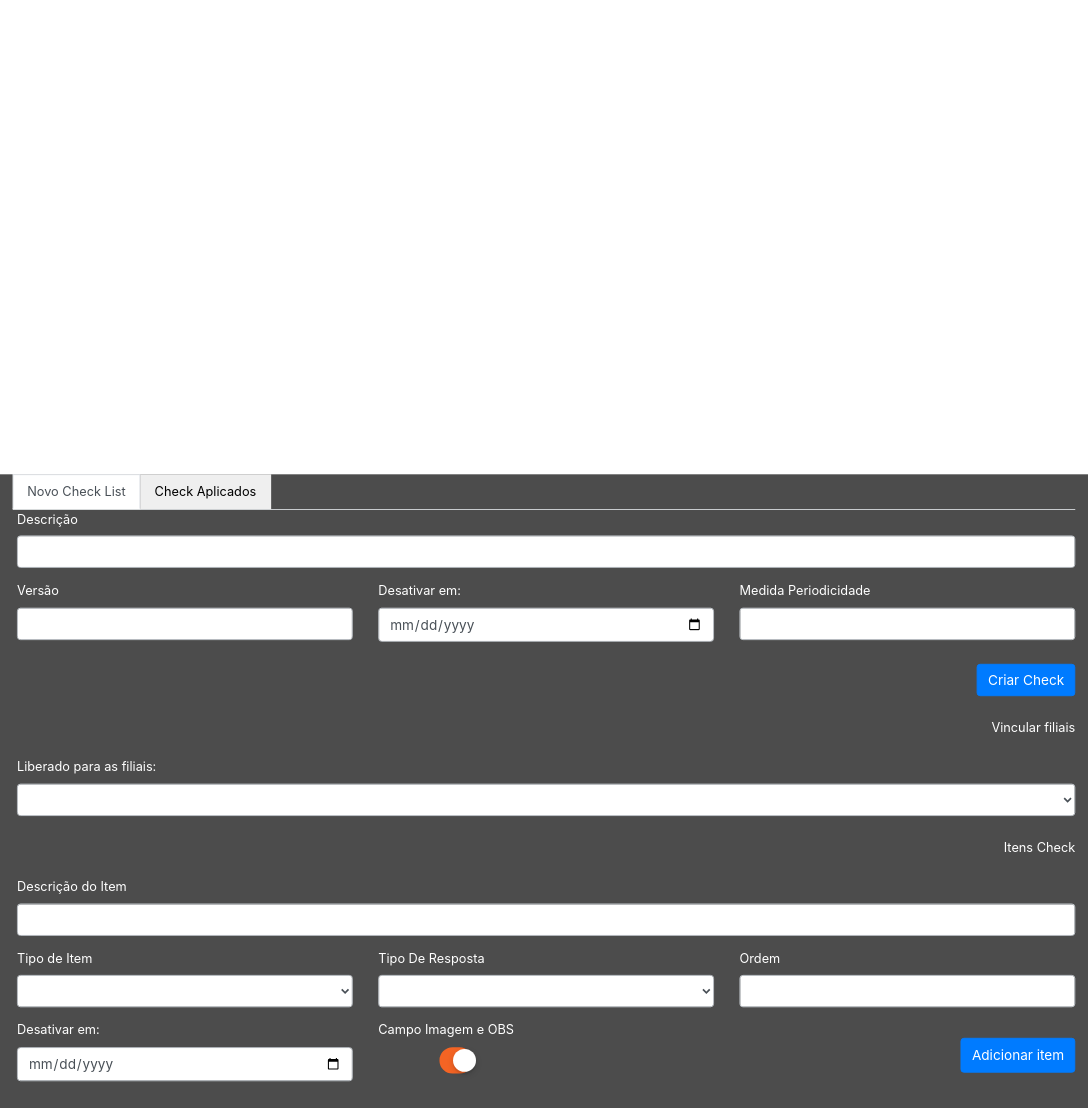
Repository: Conlog-SA/portal_operacional
Page: apps/safety_layout_checklist_app/templates/safety_layout_checklist_app/form_cad_layout_checklist.html
An editor plug-in stored every save of this project. The page is shown before and after the next save, followed by the edit.
The browser window is 1280 px wide. The pictures show the whole page, at 85% of full size.
The template is drawn by Django 3.2. The application's start-up code is not run. Other server files are loaded and not shown. The template is opened directly, without the code that normally fills it, so the values that code supplies are empty.

Above is the page before, as saved 2023-11-16 16:02:58.

### apps/safety_layout_checklist_app/templates/safety_layout_checklist_app/form_cad_layout_checklist.html
{% load static %}

{% block link_static_css %}
    <link rel="stylesheet" href="{% static 'css/cores.css' %}" />
    <link rel="stylesheet" href="{% static 'css/toggle_switch.css' %}" />
    <link rel="stylesheet" href="{% static 'css/loader.css' %}" />
    <link rel="stylesheet" href="{% static 'css/seguranca_safety_app/seguranca_safety.css' %}" />
    <link rel="stylesheet" href="{% static 'libs/bootstrap_4/css/bootstrap.min.css' %}" />

{% endblock %}

<div class="d-flex flex-column h-100 align-items-center justify-content-start text-white w-95" style="margin-right: 0px; width:100%;">
   <div class="mt-3 d-flex align-items-end justify-content-between div_Titulo" style="padding-bottom:15px;">
       <div class="d-flex align-items-center justify-content-center">
            <i class="fa-solid fa-truck-fast" style="font-size:50px; margin-left:0px; margin-right:15px; color:#cf6a15;"></i>
           <h1 class="titlePadraoMenu" style="margin-left:0px;">Safety</h1>
       </div>
       <img class="logo_cabecalho" src="{% static 'icons/logo-branca.png' %}" >
   </div>
    <div class="containerApp w-95">
        <div class="form-group form_div_check w-100" >
            <div class="col-md-12 w-100 h-100">
                <nav>
                    <div class="nav nav-tabs" id="myTab" role="tablist">
                      <button class="nav-link active tabs-nav" id="a_tab_new_check" data-bs-toggle="tab"
                         data-bs-target="#div_tab_new_check"  type="button" role="tab"
                         aria-controls="div_tab_new_check"
                         aria-selected="true" style="border-radius:0px 0px 0 0; font-size:15px">
                         Novo Check List
                         <i class="fa-solid fa-filter" style="color: #f46424;"></i>
                      </button>
                      <button class="nav-link tabs-nav" id="a_tab_check_criados" data-bs-toggle="tab"
                         data-bs-target="#div_check_criados" type="button" role="tab"
                         aria-controls="div_check_criados"
                         aria-selected="false" style="border-radius:0px 0px 0 0; font-size:15px" >
                         Check Aplicados
                        <i class="fa-solid fa-pen-to-square" style="color: #f46424"></i>
                      </button>
                    </div>
                </nav>
                <div class="tab-content" style="border-radius:0 0 10px 10px; font-size:15px">
                    <div class="tab-pane active" id="div_tab_new_check" role="tabpanel" aria-labelledby="a_tab_new_check" style="padding-left:5px;">
                        <form id="form_new_check_list" name="form_nem_check_list">
                          <div class="row">
                             <div class="form-group col-sm-12">
                               <label for="descricao_new_check"> Descrição </label>
                               <input type="text" class="form-control" id="descricao_new_check">
                             </div>
                             <div class="form-group col-sm-4">
                               <label for="versao_new_check">Versão</label>
                               <input type="text" class="form-control" id="versao_new_check">
                             </div>
                             <div class="form-group col-sm-4">
                               <label for="desativar_new_check_date">Desativar em:</label>
                               <input type="date" class="form-control" id="desativar_new_check_date">
                             </div>
                             <div class="form-group col-sm-4">
                               <label for="periodicidade_new_check">Medida Periodicidade</label>
                               <input type="text" class="form-control" id="periodicidade_new_check">
                             </div>
                             <div class="form-group col-sm-12 w-15 d-flex justify-content-end" style="margin-top:10px">
                                <button type="button" class="btn btn-primary btn-form" id="btn_new_check" name="btn_new_check"> Criar Check</button>
                             </div>
                             <div class="form-group col-sm-12 d-flex justify-content-end" style="margin-top:10px">
                                <label>Vincular filiais</label>
                             </div>
                             <div class="form-group col-sm-12 d-flex align-items-start" style="margin-bottom:0px;">
                                 <label>Liberado para as filiais:</label>
                              </div>
                             <div class="form-group col-sm-12">
                                <select class="selectpicker form-control"
                                        id="liberado_filiais" name="liberado_filiais" placeholder="Liberado Filiais" required>
                                </select>
                             </div>
                             <div class="form-group col-sm-12 d-flex justify-content-end" style="margin-top:10px">
                                <label>Itens Check</label>
                             </div>
                              <div class="form-group col-sm-12">
                                   <label for="descricao_item_check"> Descrição do Item</label>
                                   <input type="text" class="form-control" id="descricao_item_check">
                             </div>
                             <div class="form-group col-sm-4">
                                   <label for="select_tipo_item">Tipo de Item</label>
                                   <select class="selectpicker form-control"
                                           id="select_tipo_item" name="select_tipo_item" placeholder="Tipo de Item" required>
                                   </select>
                             </div>
                             <div class="form-group col-sm-4">
                                <label for="select_tipo_resposta">Tipo De Resposta</label>
                                <select class="selectpicker form-control"
                                        id="select_tipo_resposta" name="select_tipo_resposta"
                                        placeholder="Tipo de Resposta" required>
                                </select>
                              </div>
                              <div class="form-group col-sm-4">
                                <label for="input_ordem_check">Ordem</label>
                                <input type="text" class="form-control" id="input_ordem_check">
                              </div>
                              <div class="form-group col-sm-4">
                                <label for="desativar_item_date">Desativar em:</label>
                                <input type="date" class="form-control" id="desativar_item_date">
                              </div>
                              <div class="form-group col-sm-2 check-box">
                                  <div class="label">
                                    <label for="obs_imagem_check_box"> Campo Imagem e OBS</label>
                                  </div>
                                  <div class="container" style="padding-right: 72px; padding-left: 72px;">
                                      <input type="checkbox" checked="checked" class="checkbox" name="obs_imagem_check_box" id="obs_imagem_check_box" style="width:10px; height:10px;">
                                      <label class="switch" for="obs_imagem_check_box">
                                      <span class="slider"></span>
                                        </label>
                                  </div>
                              </div>
                              <div class="form-group  col-md-6 w-15 d-flex justify-content-end" style="margin-top:10px; margin-botton:10px;">
                                <button type="button" class="btn btn-primary btn-form" id="btn_new_item" name="btn_new_item" style="margin-bottom: 10px;margin-top: 10px;"> Adicionar item</button>
                             </div>
                          </div>
                        </form>
                    </div>
                    <div class="tab-pane" id="div_check_criados" role="tabpanel" aria-labelledby="a_tab_check_criados">
                       <form id="form_check_aplicados" name="form_check_aplicados" method="POST" style="margin-left:10px; margin-right:10px;">
                          <div class="row">
                              <div class="col md-5">
                                  <label for="filial_check_aplicado">Filial</label>
                                  <select class="selectpicker form-control" id="filial_check_aplicado" name="filial_check_aplicado">
                                  </select>
                              </div>
                          </div>
                       </form>
                    </div>
                </div>
            </div>
        </div>
    </div>
</div>


<script src="https://code.jquery.com/jquery-3.6.0.min.js"></script>
<script src="{% static 'libs/bootstrap_4/js/bootstrap.min.js' %}"></script>

### static/css/cores.css
:root{
    --cor_bg_login: rgba(24, 27, 30, 0.90);
    --cor_cinza_escuro: #515457;
    --cor_cinza_claro: #9fa3a7;
    --cor_cinza_claro2: #d0d0d0;
    --cor_branco: #e6e4e4;
    --cor_bg_solido: #181b1e;
    --cor_bg_solido_claro:#343537;
    --cor_bg_cinza_escuro: rgba(33,37,41,0.9) !important;
    --cor_bg_cinza_escuro_cabecalho: rgba(33,37,41,0.7) !important;
    --cor_bg_modais_body: #DCDCDC;

    --cor_empresa: #f46424;
    --cor_empresa_hover: #df5b23;
    --cor_empresa_active: #b24110;

    --bs-accordion-btn-focus-box-shadow_custom: 0 0 0 0.25rem rgba(244, 100, 36, 0.25);

    --bs-accordion-btn-active-icon_custom:url('');

    --cor_card_chamado_hover: #ccccce;
    --cor_card_chamado_active: #999999;
    --cor_chamado_emergencial: #b30f04;
    --cor_branco: #fff;
    /* --cor_branco_escuro: #969393; */
    --cor_card_a_atender: #e3f8f5;
    --cor_card_atendendo: #e1ffe4;;
    --cor_card_em_espera: #fdf9c6;
}

### static/css/toggle_switch.css
/* Remove this container when use*/
.component-title {
    width: 100%;
    position: absolute;
    z-index: 999;
    top: 30px;
    left: 0;
    padding: 0;
    margin: 0;
    font-size: 1rem;
    font-weight: 700;
    color: #888;
    text-align: center;
  }

  /* The switch - the box around the slider */
  .container {
    width: 77px;
    height: 31px;
    position: relative;
  }

  /* Hide default HTML checkbox */
  .checkbox {
    opacity: 0;
    width: 0;
    height: 0;
    position: absolute;
  }

  .switch {
    width: 100%;
    height: 100%;
    display: block;
    background-color: #e9e9eb;
    border-radius: 16px;
    cursor: pointer;
    transition: all 0.2s ease-out;
  }

  /* The slider */
  .slider {
    width: 27px;
    height: 27px;
    position: absolute;
    left: calc(50% - 27px/2 - 10px);
    top: calc(50% - 27px/2);
    border-radius: 50%;
    background: #FFFFFF;
    box-shadow: 0px 3px 8px rgba(0, 0, 0, 0.15), 0px 3px 1px rgba(0, 0, 0, 0.06);
    transition: all 0.2s ease-out;
    cursor: pointer;
  }

  .checkbox:checked + .switch {
    background-color: #f46424;
  }

  .checkbox:checked + .switch .slider {
    left: calc(50% - 27px/2 + 10px);
    top: calc(50% - 27px/2);
  }

  .cursor-pointer{
    cursor: pointer;
  }

### static/css/loader.css
.loader {
  /* display: flex; */
  margin-left: 1.5rem;
  align-items: center;
  /* width: 50px;
  height: 50px; */
  position: relative;
  display: none;
}

.loader:before {
  align-items: center;
  display: flex;
  content: "";
    position: absolute;
    top: -10px;
    left: -10px;
    right: -10px;
    bottom: -10px;
    border-radius: 50%;
    /* width: 50px;
    height: 50px; */
  }

  .loader-inner {
    display: flex;
    justify-content: center;
    align-items: center;
    position: relative;
  }

  .loader-block {
    display: inline-block;
    width: 10px;
    height: 10px;
    margin: 2px;
    background-color: #f46424;
    box-shadow: 0 0 20px #f46424;
    animation: loader_562 1.2s cubic-bezier(0.5, 0, 0.5, 1) infinite;
  }

  .loader-block:nth-child(1) {
    animation-delay: 0.1s;
  }

  .loader-block:nth-child(2) {
    animation-delay: 0.2s;
  }

  .loader-block:nth-child(3) {
    animation-delay: 0.3s;
  }

  .loader-block:nth-child(4) {
    animation-delay: 0.4s;
  }

  .loader-block:nth-child(5) {
    animation-delay: 0.5s;
  }

  .loader-block:nth-child(6) {
    animation-delay: 0.6s;
  }

  .loader-block:nth-child(7) {
    animation-delay: 0.7s;
  }

  .loader-block:nth-child(8) {
    animation-delay: 0.8s;
  }

  @keyframes loader_562 {
    0% {
      transform: scale(1);
      box-shadow: 0 0 20px rgba(255, 255, 255, 0.5);
    }

    20% {
      transform: scale(1, 2.5);
      box-shadow: 0 0 50px rgba(255, 255, 255, 0.7);
    }

    40% {
      transform: scale(1);
      box-shadow: 0 0 20px rgba(255, 255, 255, 0.5);
    }
  }

### static/css/seguranca_safety_app/seguranca_safety.css
.containerApp {
    background: rgba(0, 0, 0, 0.7); /* Cor preta com 50% de opacidade */
    color: white; /* Cor do texto, por exemplo, branco */
}

label[for="liberado_filiais"] {
    text-align: left !important; /* Tente usar !important para forçar a aplicação do estilo */
}

.arrow-divider::after {
    content: '';
    display: block;
    border: solid #000;
    border-width: 0 3px 3px 0;
    padding: 3px;
    transform: rotate(45deg);
    margin-top: 10px;
  }

Loaded but not shown: static/libs/bootstrap_4/css/bootstrap.min.css (library); static/libs/bootstrap_4/js/bootstrap.min.js (library)

After the next save:
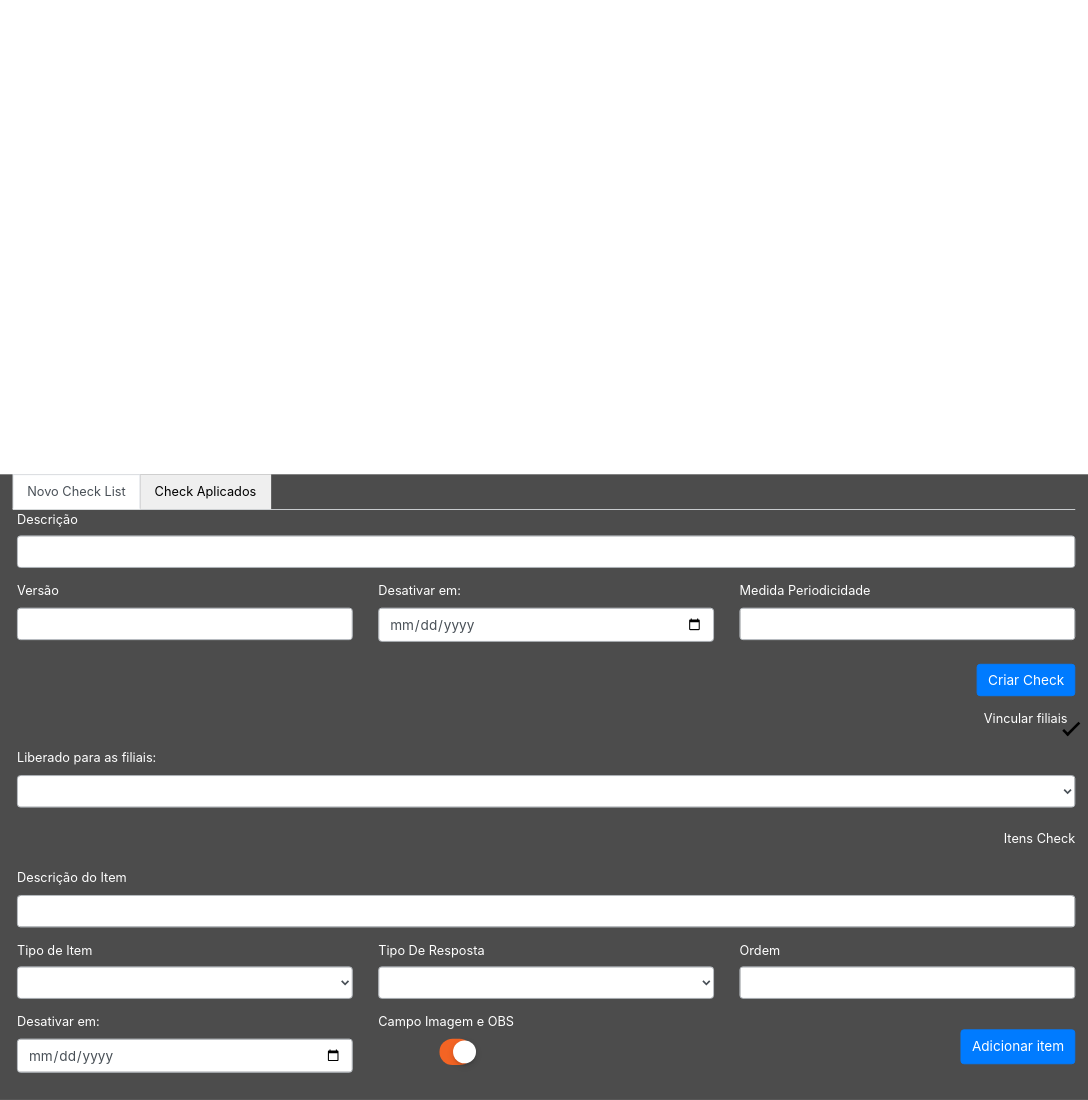
Saved 2 s later.
--- a/apps/safety_layout_checklist_app/templates/safety_layout_checklist_app/form_cad_layout_checklist.html
+++ b/apps/safety_layout_checklist_app/templates/safety_layout_checklist_app/form_cad_layout_checklist.html
@@ -61,7 +61,7 @@
                              <div class="form-group col-sm-12 w-15 d-flex justify-content-end" style="margin-top:10px">
                                 <button type="button" class="btn btn-primary btn-form" id="btn_new_check" name="btn_new_check"> Criar Check</button>
                              </div>
-                             <div class="form-group col-sm-12 d-flex justify-content-end" style="margin-top:10px">
+                             <div class="form-group col-sm-12 d-flex justify-content-end arrow-divider">
                                 <label>Vincular filiais</label>
                              </div>
                              <div class="form-group col-sm-12 d-flex align-items-start" style="margin-bottom:0px;">

After the save that followed:
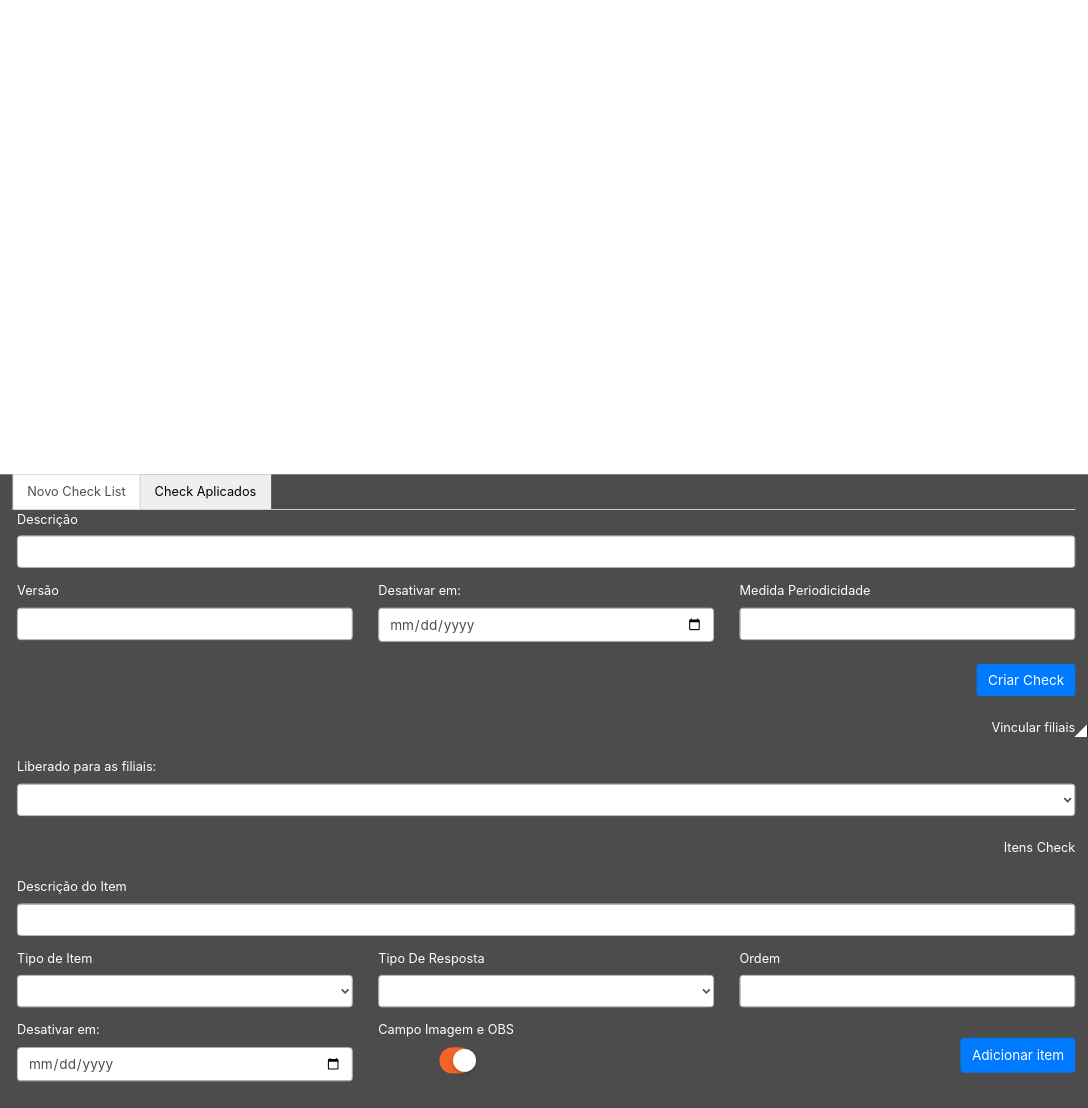
Saved 102 s later.
--- a/static/css/seguranca_safety_app/seguranca_safety.css
+++ b/static/css/seguranca_safety_app/seguranca_safety.css
@@ -7,12 +7,31 @@ label[for="liberado_filiais"] {
     text-align: left !important; /* Tente usar !important para forçar a aplicação do estilo */
 }
 
-.arrow-divider::after {
-    content: '';
-    display: block;
-    border: solid #000;
-    border-width: 0 3px 3px 0;
-    padding: 3px;
-    transform: rotate(45deg);
+.arrow-divider {
+    position: relative;
+    display: flex;
+    align-items: center;
+    justify-content: flex-end;
     margin-top: 10px;
   }
+
+  .arrow-divider::before,
+  .arrow-divider::after {
+    content: '';
+    width: 0;
+    height: 0;
+    border-style: solid;
+    position: absolute;
+  }
+
+  .arrow-divider::before {
+    border-width: 15px 15px 0 0;
+    border-color: transparent #000 transparent transparent;
+    right: 0;
+  }
+
+  .arrow-divider::after {
+    border-width: 15px 15px 0 0;
+    border-color: transparent white transparent transparent;
+    right: 1px; /* Ajuste de 1px para cobrir a borda da linha */
+  }
